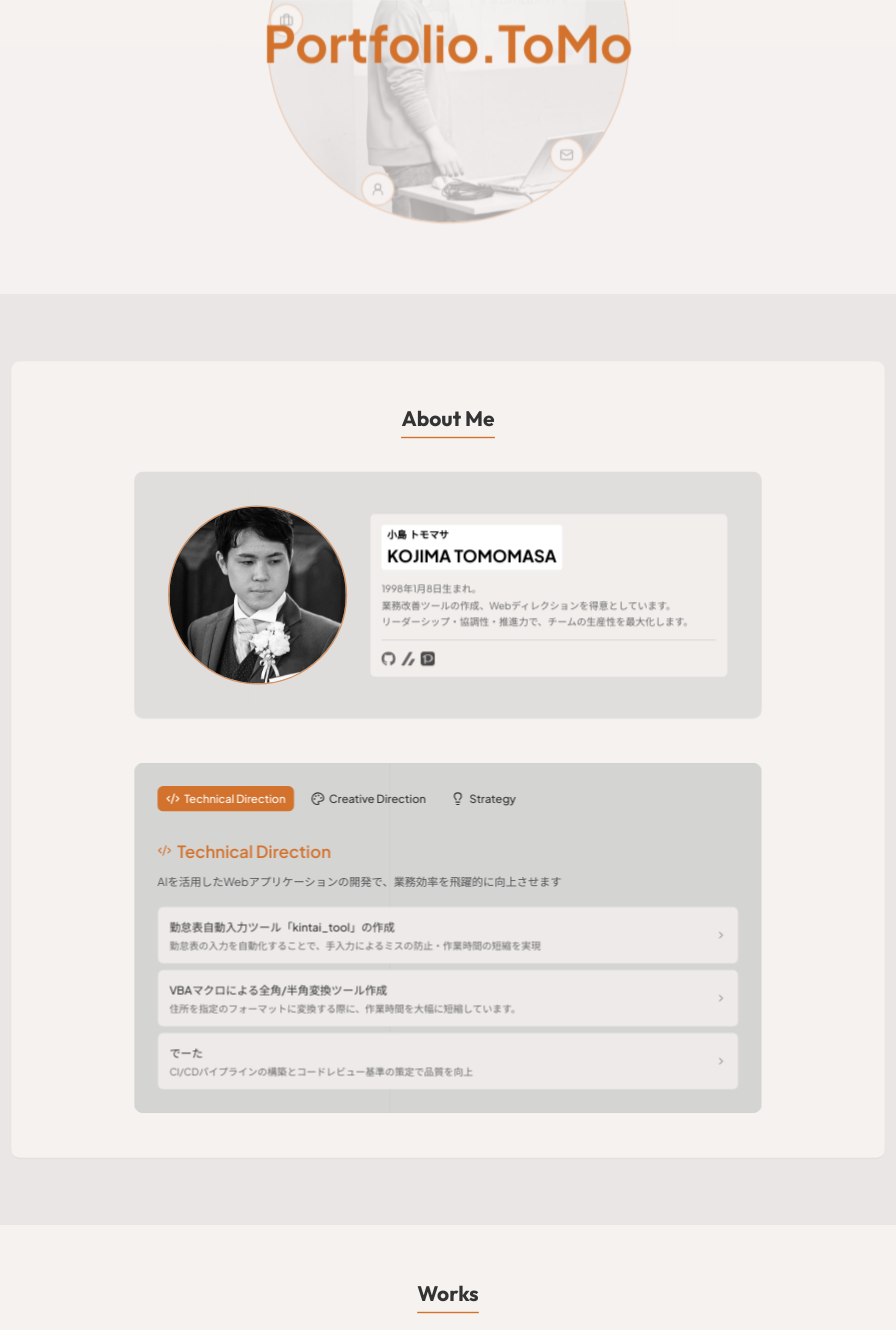
Repository: Tomo0108/portfolio_dot_tomo
Page: /
The author's editor kept a copy of each file at every save. The page is drawn from the files as they stood at one save, then again after the next save.
The browser window is 1280 px wide. The pictures show the part of the page from y = 300 to 2200 px (the page is 3996 px tall before and 3972 px after), at 70% of full size.
Pictures or frames that could not be fetched are drawn as grey boxes. The page's requests for data from a server got no answer. The project was rebuilt for these pictures with package versions that can differ from the ones it lists, and the page was loaded fresh each time. The framework's server and built-in components were replaced by stand-ins that run in the browser. No one was signed in, and anything a server would have sent is missing. Also part of the build but not shown: next.config.js, components/loading-spinner.tsx.

Above is the page before, as saved 2025-03-23 16:40:47.

After the next save:
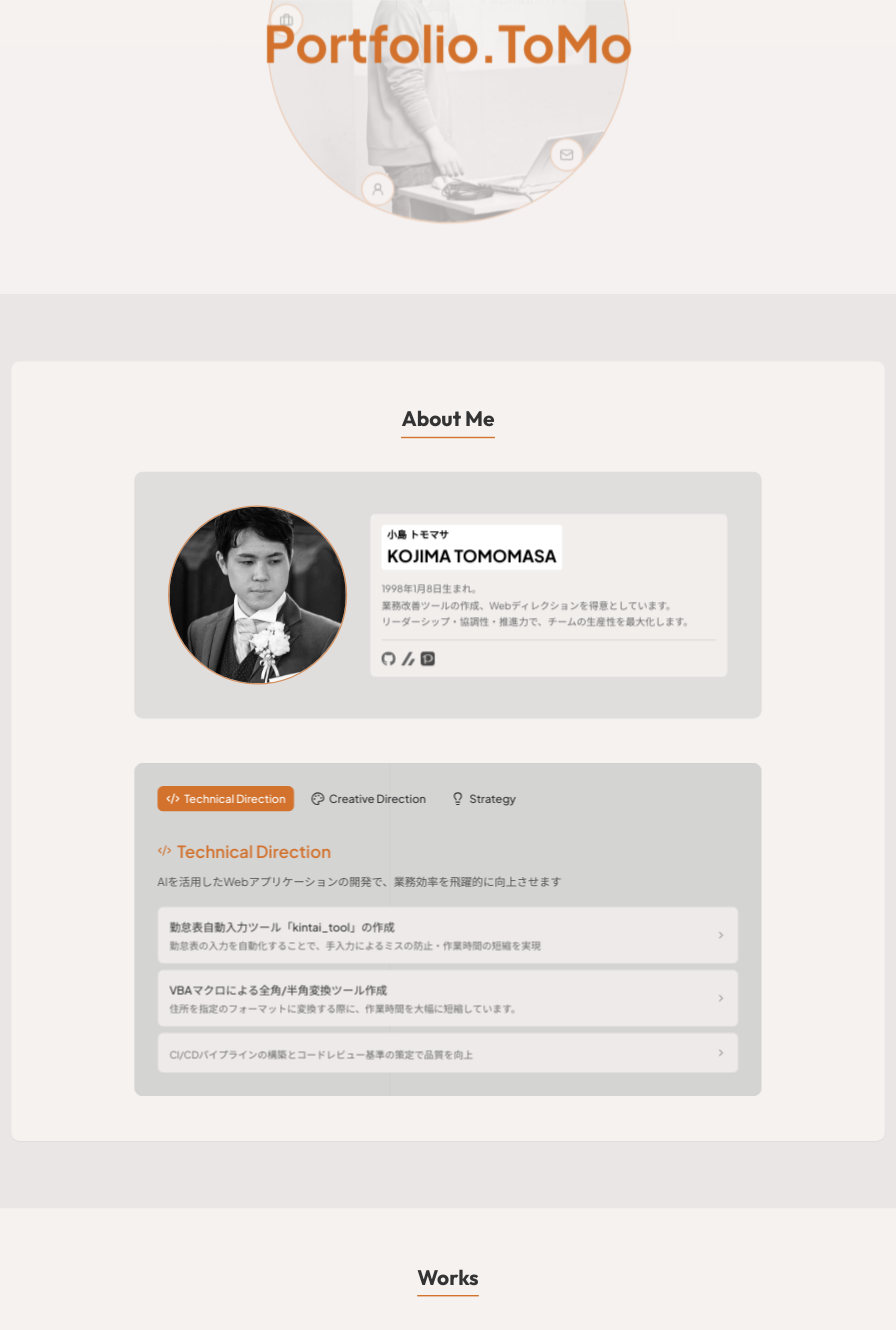
Saved 17 s later.
--- a/data/skills.ts
+++ b/data/skills.ts
@@ -35,7 +35,7 @@
       },
       {
         id: "tech-3",
-        title: "でーた",
+        title: "",
         description: "CI/CDパイプラインの構築とコードレビュー基準の策定で品質を向上",
         longDescription: "詳細な技術仕様や成果についての詳細な説明をここに記載します。"
       }

After the save that followed:
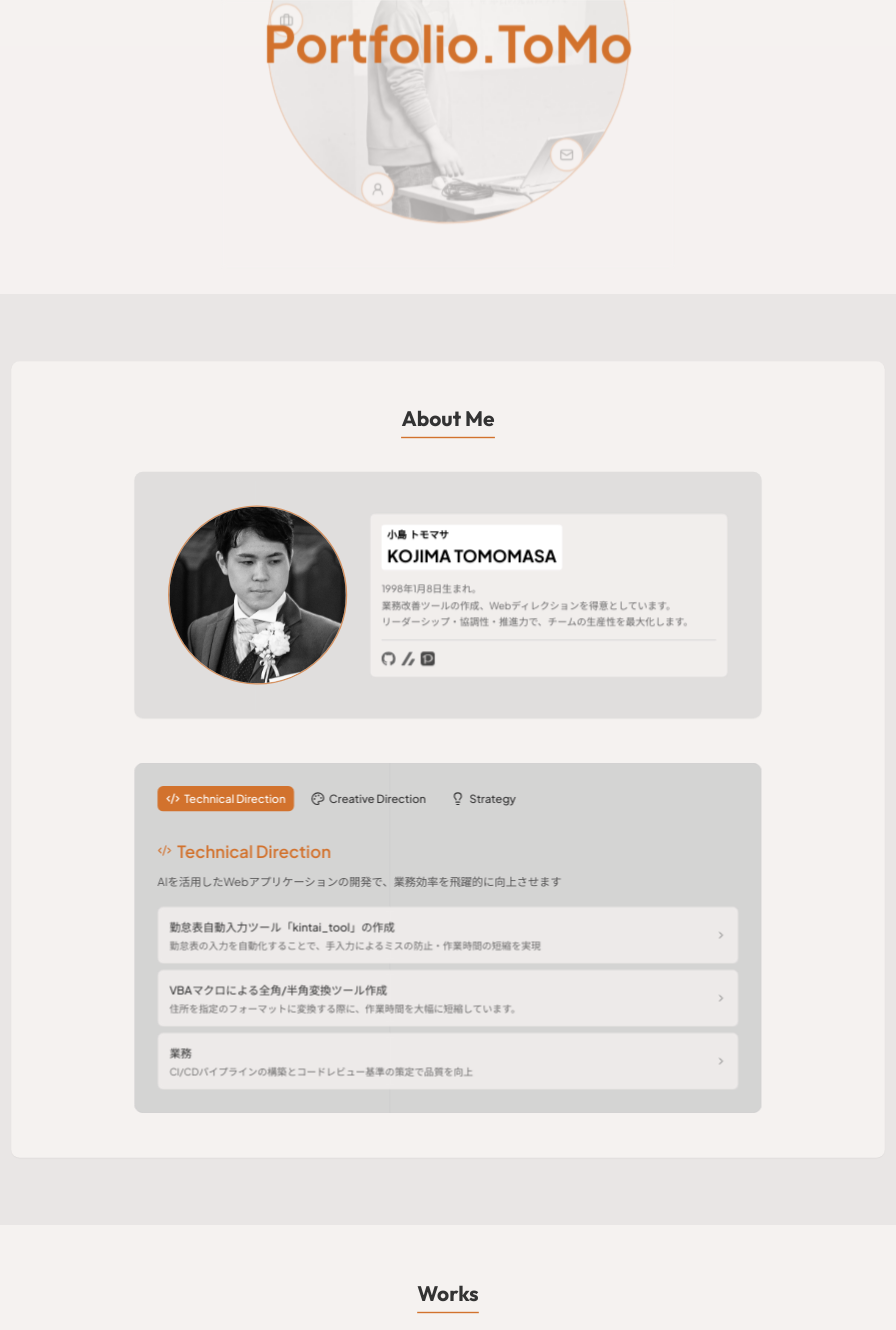
Saved 6 s later.
--- a/data/skills.ts
+++ b/data/skills.ts
@@ -35,7 +35,7 @@
       },
       {
         id: "tech-3",
-        title: "",
+        title: "業務",
         description: "CI/CDパイプラインの構築とコードレビュー基準の策定で品質を向上",
         longDescription: "詳細な技術仕様や成果についての詳細な説明をここに記載します。"
       }
